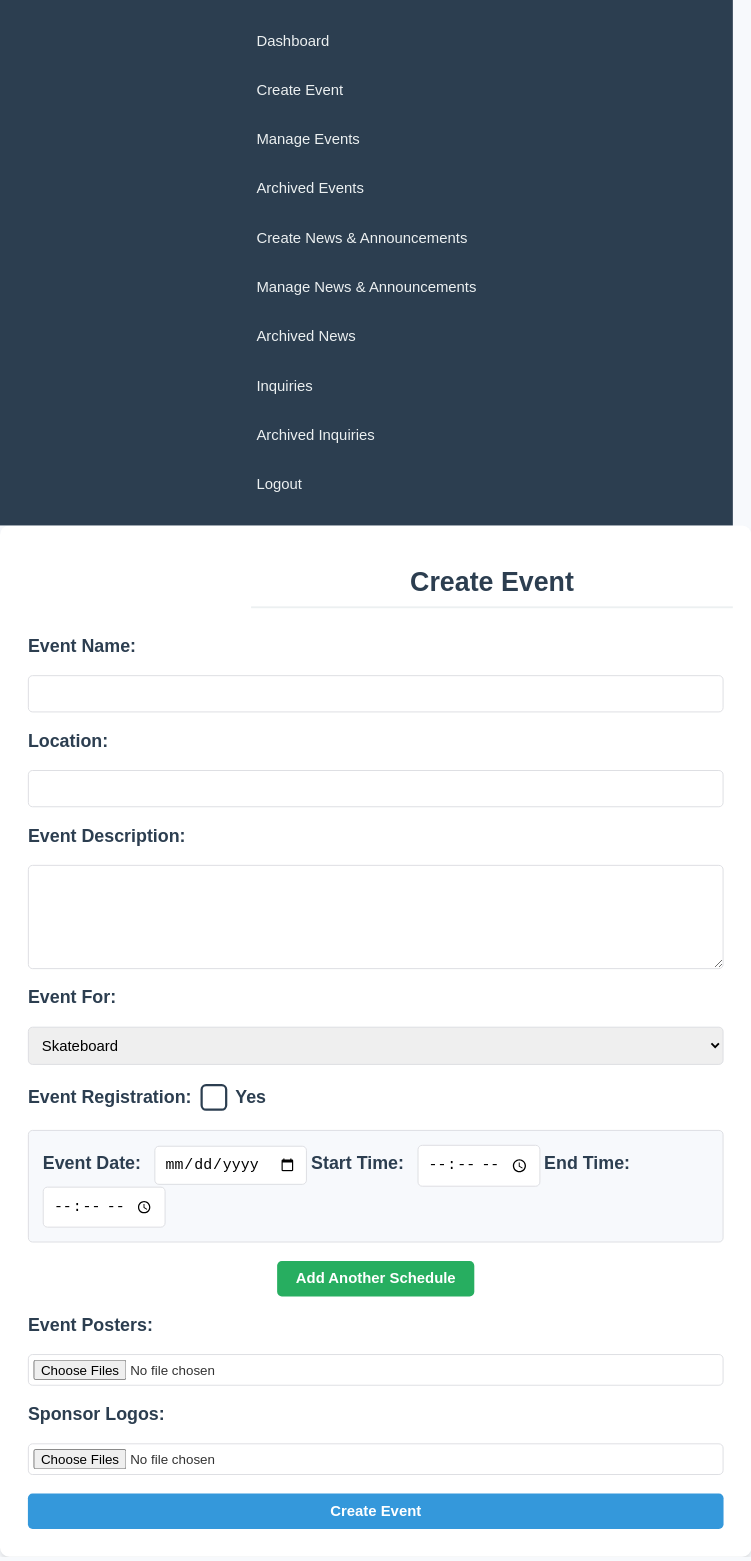
Repository: KharonKade/Capstone
Page: http://localhost/admin.html
The author's editor kept a copy of each file at every save. The page is drawn from the files as they stood at one save, then again after the next save.
The browser window is 768 px wide. The page is 808 px wide, so the pictures cover 808 px, including what lies to the right of the window. The pictures show the whole page, at 93% of full size.
The page is run by PHP 8.4 with error messages shown; the project is at /var/www/html/.

Above is the page before, as saved 2025-03-27 08:28:06.

After the next save:
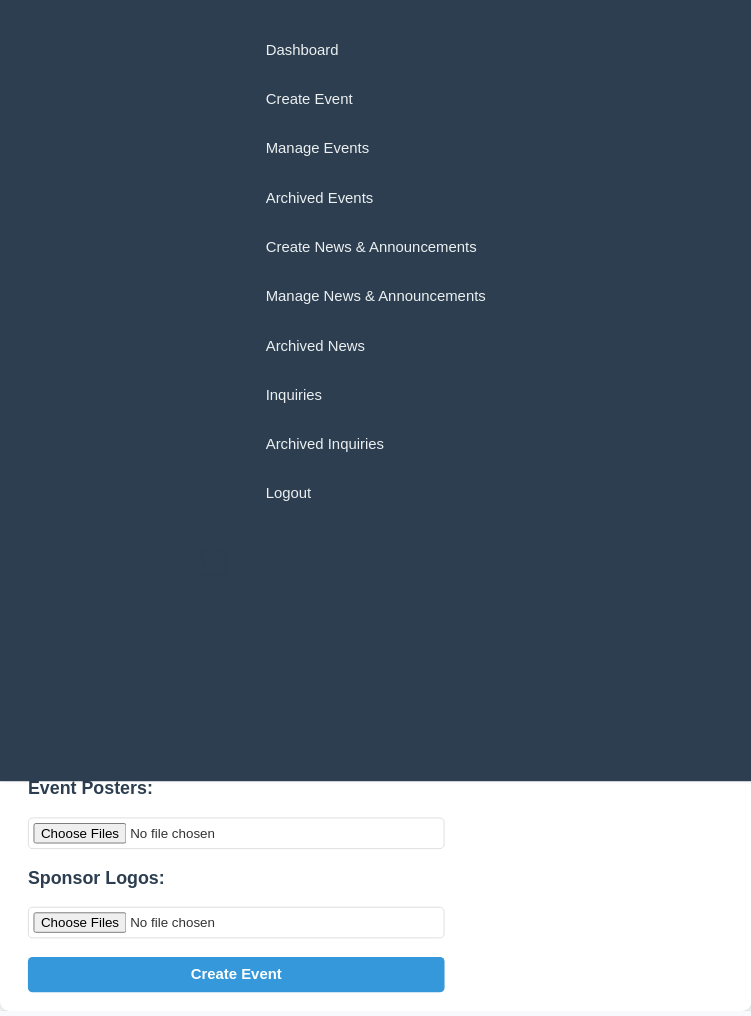
Saved 54 s later.
--- a/Css/admin.css
+++ b/Css/admin.css
@@ -249,44 +249,3 @@ input[type="checkbox"]:checked::after {
         max-width: 100%; /* Make sure it doesn't shrink too much */
     }
 }
-
-
-@media (max-width: 1024px) {
-    .sidebar {
-        width: 200px; /* Reduce sidebar width */
-    }
-
-    .content {
-        padding: 20px;
-        margin-left: 200px; /* Adjust margin to match sidebar width */
-    }
-
-    form {
-        margin-right: 0; /* Remove excessive right margin */
-        padding: 10px;
-    }
-}
-
-@media (max-width: 768px) {
-    .admin-container {
-        flex-direction: column; /* Stack sidebar and content */
-    }
-
-    .sidebar {
-        width: 100%;
-        position: relative;
-        height: auto;
-        padding: 10px;
-        box-shadow: none;
-    }
-
-    .content {
-        margin-left: 0;
-        padding: 20px;
-    }
-
-    form {
-        max-width: 100%;
-        padding: 10px;
-    }
-}
